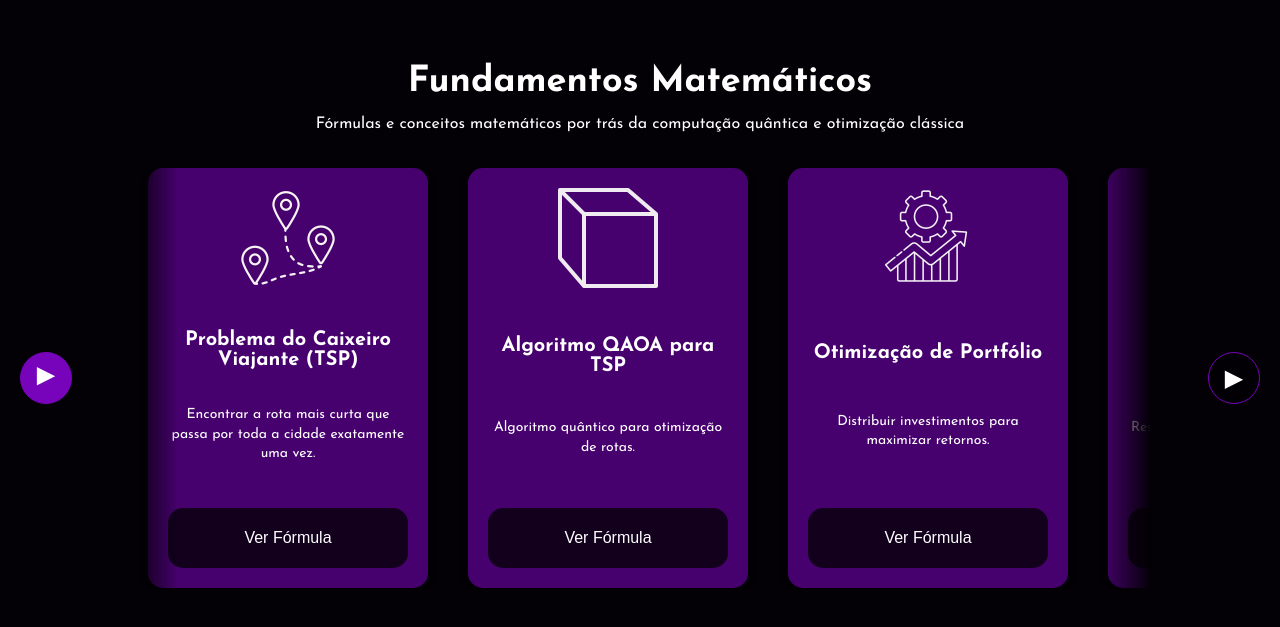
Repository: Everson9/Projeto-de-escalabilidade-quantica-definitivo
Page: fundamentos.html
An editor plug-in stored every save of this project. The page is shown before and after the next save, followed by the edit.
The browser window is 1280 px wide. The pictures show the whole page.
The pointer rests on the first visible `.carousel-btn`.

Above is the page before, as saved 2025-10-01 10:26:37.
Not found: script.js

After the next save:
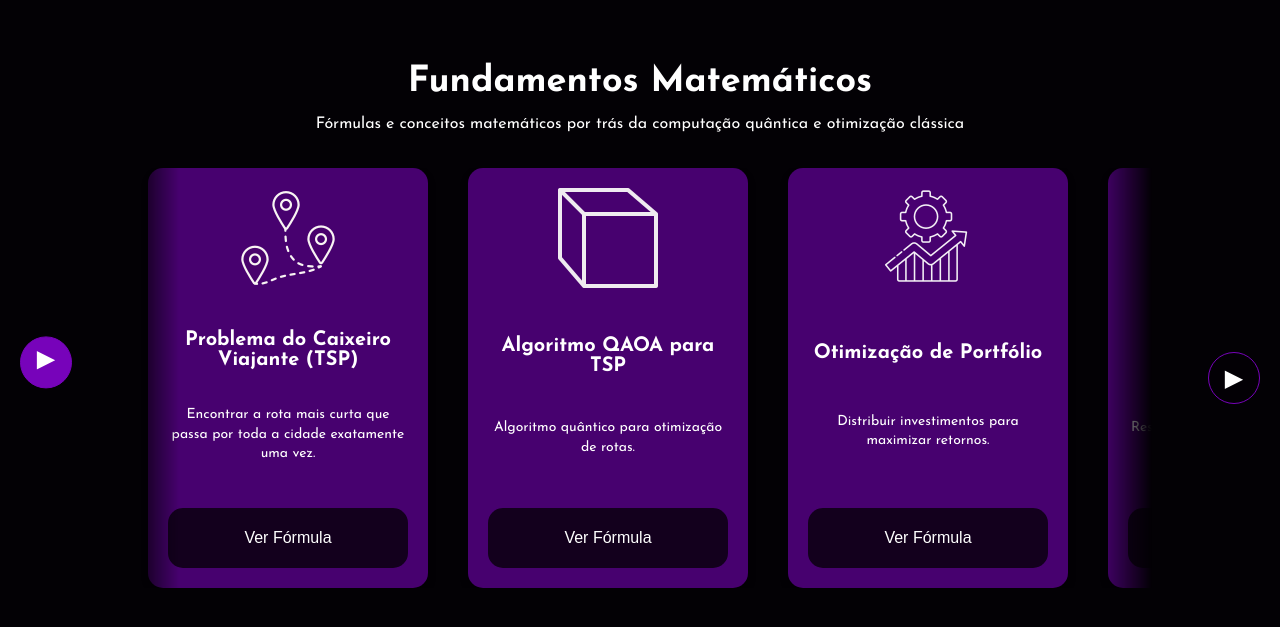
Saved 24 s later.
--- a/fundamentos.css
+++ b/fundamentos.css
@@ -129,7 +129,7 @@
 
 .carousel-btn:hover {
     background-color: #7703BA;
-    transform: translateY(-50%) rotate(180deg); /* Girando 180 graus */
+    transform: translateY(-80%) rotate(180deg); /* Girando 180 graus */
 }
 
 #prev-btn {

After the save that followed:
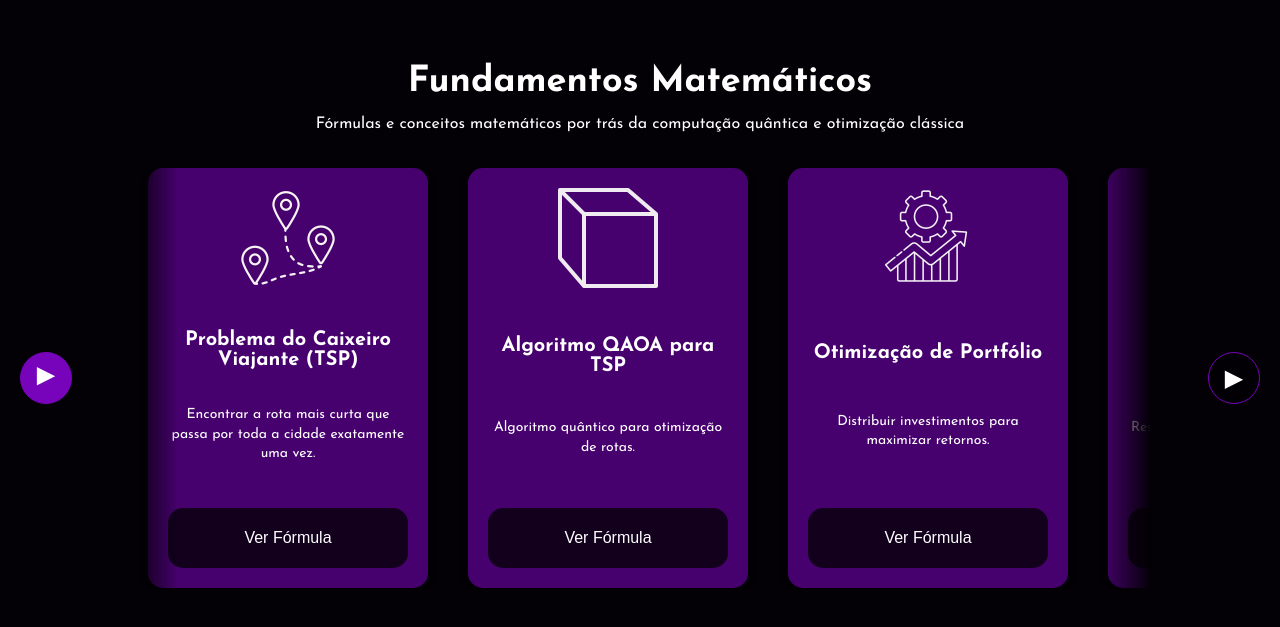
Saved 5 s later.
--- a/fundamentos.css
+++ b/fundamentos.css
@@ -129,7 +129,7 @@
 
 .carousel-btn:hover {
     background-color: #7703BA;
-    transform: translateY(-80%) rotate(180deg); /* Girando 180 graus */
+    transform: translateY(-50%) rotate(180deg); /* Girando 180 graus */
 }
 
 #prev-btn {
